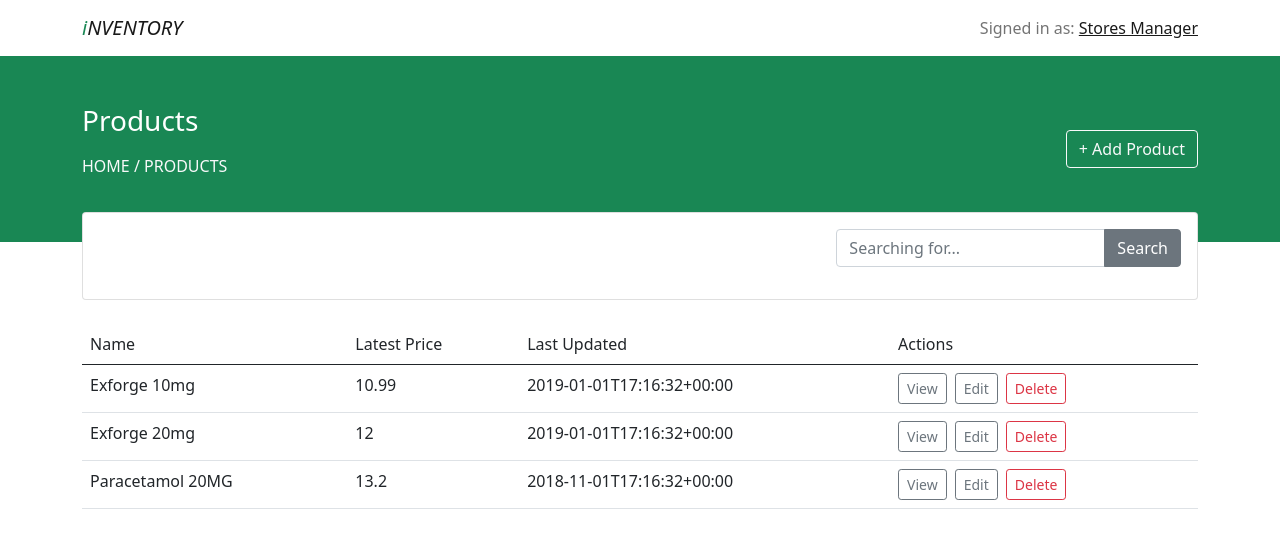
Repository: tHEO2k17/inventory-manager
Page: /
The author's editor kept a copy of each file at every save. The page is drawn from the files as they stood at one save, then again after the next save.
The browser window is 1280 px wide. The pictures show the whole page.
The project was rebuilt for these pictures with package versions that can differ from the ones it lists, and the page was loaded fresh each time.

Above is the page before, as saved 2021-08-31 09:30:03.

### src/index.tsx
import React from 'react';
import ReactDOM from 'react-dom';
import './index.scss';
import App from './presentation/App';

ReactDOM.render(
  <React.StrictMode>
    <App />
  </React.StrictMode>,
  document.getElementById('root')
);

### src/index.scss
@import '~bootstrap/scss/bootstrap.scss';

.mtn-30{
    margin-top: -30px;
}

### src/presentation/App.tsx
import ProductsPage from './pages/ProductsPage';

export default function App() {
  return ( <ProductsPage/> );
}

### src/presentation/pages/ProductsPage.tsx
import { Component } from "react"
import { Button, Card, Col, Container, FormControl, InputGroup, Row, Table } from "react-bootstrap";
import { mock } from "../../core/mock";
import Banner from "../components/Banner";
import Product from "../components/Product";
import ProductForm from "../components/ProductForm";
import TopBar from "../components/TopBar";

export default class ProductsPage extends Component {
    // constructor(props: any) {
    //     super(props);
    // }

    render() {
        return (
            <>
                <TopBar />
                <Banner />
                <Container>
                    <Card className="mtn-30">
                        <Card.Body>
                            <Row>
                                <Col></Col>
                                <Col md="4">
                                    <InputGroup className="mb-3">
                                        <FormControl
                                            placeholder="Searching for..."
                                            aria-label="Searching for..."
                                            aria-describedby="basic-addon2"
                                        />
                                        <Button variant="secondary" id="button-addon2"> Search</Button>
                                    </InputGroup>
                                </Col>
                            </Row>
                        </Card.Body>
                    </Card>
                    {/* <ProductForm /> */}
                    <br />
                    <Table>
                        <thead>
                            <tr>
                                <td>Name</td>
                                <td>Latest Price</td>
                                <td>Last Updated</td>
                                <td>Actions</td>
                            </tr>
                        </thead>
                        <tbody>
                            {
                                mock.products.map(product => <Product key={product.id} product={product} />)
                            }
                        </tbody>
                    </Table>
                </Container>
            </>
        );
    }
}

### src/core/mock.ts
export const mock = {
    "products": [
        {
            "id": 1,
            "name": "Exforge 10mg",
            "prices": [
                {
                    "id": 1,
                    "price": 10.99,
                    "date": "2019-01-01T17:16:32+00:00"
                },
                {
                    "id": 2,
                    "price": 9.20,
                    "date": "2018-11-01T17:16:32+00:00"
                }
            ]
        },
        {
            "id": 2,
            "name": "Exforge 20mg",
            "prices": [
                {
                    "id": 3,
                    "price": 12.00,
                    "date": "2019-01-01T17:16:32+00:00"
                },
                {
                    "id": 4,
                    "price": 13.20,
                    "date": "2018-11-01T17:16:32+00:00"
                }
            ]
        },
        {
            "id": 3,
            "name": "Paracetamol 20MG",
            "prices": [
                {
                    "id": 5,
                    "price": 5.00,
                    "date": "2017-01-01T17:16:32+00:00"
                },
                {
                    "id": 6,
                    "price": 13.20,
                    "date": "2018-11-01T17:16:32+00:00"
                }
            ]
        }
    ]
};

### src/presentation/components/Banner.tsx
import { Button, Col, Container, Row } from "react-bootstrap";

const Banner = () => {
    return (
        <section className="bg-success">
            <Container className="py-5 text-white">
                <Row className="align-items-center">
                    <Col>
                        <h3>Products</h3>
                        <p className="text-light mt-3 fw-light fs-6">HOME / PRODUCTS</p>
                    </Col>
                    <Col>
                        <Button variant="outline-light" className="float-end">+ Add Product</Button>
                    </Col>
                </Row>
            </Container>
        </section>
    );
}

export default Banner;

### src/presentation/components/Product.tsx
import { Button } from "react-bootstrap"
import moment from 'moment';

const Product = ({ product }: ProductProps) => {

    const findLatestPriceInfo = (prices: any[]): any => {
        return prices.reduce(
            (acc: any, value: any) =>
                moment(acc.date).isAfter(value.date)
                    ? acc
                    : value
        );
    }

    return (
        <tr>
            <td>{product.name}</td>
            <td>{findLatestPriceInfo(product.prices).price}</td>
            <td>{findLatestPriceInfo(product.prices).date}</td>
            <td>
                <Button size="sm" variant="outline-secondary">View</Button>
                <Button size="sm" variant="outline-secondary" className="mx-2">Edit</Button>
                <Button size="sm" variant="outline-danger">Delete</Button>
            </td>
        </tr>
    );

}

export default Product;

type ProductProps = {
    key: any,
    product: any
}

### src/presentation/components/TopBar.tsx
import { Container, Navbar } from "react-bootstrap";

const TopBar = () => {
    return (
        <Navbar>
            <Container>
                <Navbar.Brand href="#home" className="fst-italic"><span className="text-success">i</span>NVENTORY</Navbar.Brand>
                <Navbar.Toggle />
                <Navbar.Collapse className="justify-content-end">
                    <Navbar.Text>
                        Signed in as: <a href="#login">Stores Manager</a>
                    </Navbar.Text>
                </Navbar.Collapse>
            </Container>
        </Navbar>
    );
}

export default TopBar;

Loaded but not shown: public/index.html (common file)

After the next save:
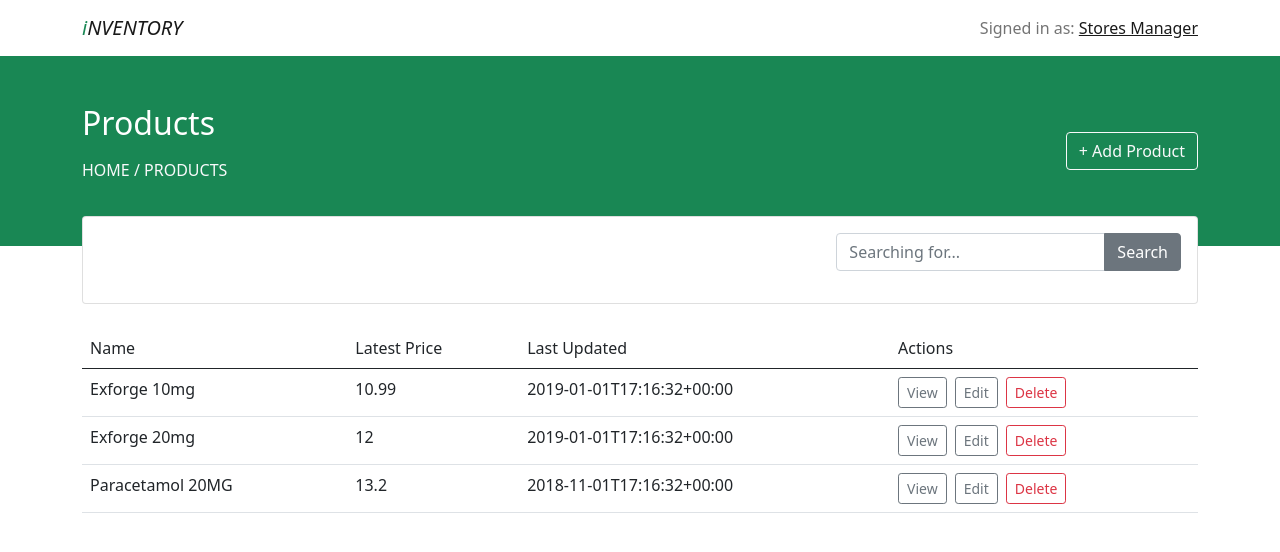
Saved 23 s later.
--- a/src/presentation/components/Banner.tsx
+++ b/src/presentation/components/Banner.tsx
@@ -6,7 +6,7 @@ const Banner = () => {
             <Container className="py-5 text-white">
                 <Row className="align-items-center">
                     <Col>
-                        <h3>Products</h3>
+                        <h2>Products</h2>
                         <p className="text-light mt-3 fw-light fs-6">HOME / PRODUCTS</p>
                     </Col>
                     <Col>
